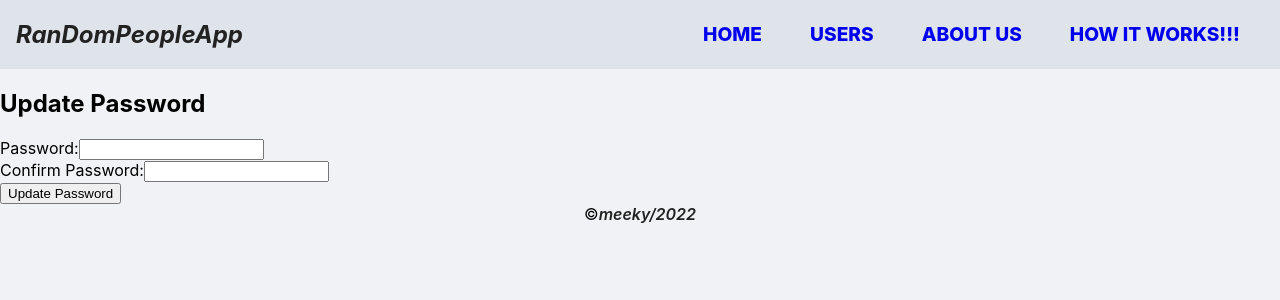
Repository: MikkyPrestige/RandomProfiles
Page: /update
An editor plug-in stored every save of this project. The page is shown before and after the next save, followed by the edit.
The browser window is 1280 px wide. The pictures show the whole page.
The page's requests for data from a server got no answer. The project was rebuilt for these pictures with package versions that can differ from the ones it lists, and the page was loaded fresh each time. Some packages were replaced by stand-ins written for this rebuild. No one was signed in, and anything a server would have sent is missing. Also part of the build but not shown: src/assets/styles/home.css, src/components/home.jsx, src/assets/styles/users.css, src/components/users.jsx, src/assets/styles/search.css, src/components/search.jsx, src/assets/styles/help.css, src/components/help.jsx and 9 more.

Above is the page before, as saved 2022-12-03 05:16:52.

### public/index.html
<!DOCTYPE html>
<html lang="en">

<head>
  <meta charset="utf-8" />
  <link rel="icon" href="%PUBLIC_URL%/favicon.ico" />
  <meta name="viewport" content="width=device-width, initial-scale=1" />
  <meta name="theme-color" content="#000000" />
  <meta name="description" content="Web site created using create-react-app" />
  <link rel="apple-touch-icon" href="%PUBLIC_URL%/logo192.png" />
  <!--
      manifest.json provides metadata used when your web app is installed on a
      user's mobile device or desktop. See https://developers.google.com/web/fundamentals/web-app-manifest/
    -->
  <link rel="manifest" href="%PUBLIC_URL%/manifest.json" />
  <!--
      Notice the use of %PUBLIC_URL% in the tags above.
      It will be replaced with the URL of the `public` folder during the build.
      Only files inside the `public` folder can be referenced from the HTML.

      Unlike "/favicon.ico" or "favicon.ico", "%PUBLIC_URL%/favicon.ico" will
      work correctly both with client-side routing and a non-root public URL.
      Learn how to configure a non-root public URL by running `npm run build`.
    -->
  <title>AltSchool Assignment 2</title>
</head>

<body>
  <noscript>You need to enable JavaScript to run this app.</noscript>
  <div id="root"></div>
  <!--
      This HTML file is a template.
      If you open it directly in the browser, you will see an empty page.

      You can add webfonts, meta tags, or analytics to this file.
      The build step will place the bundled scripts into the <body> tag.

      To begin the development, run `npm start` or `yarn start`.
      To create a production bundle, use `npm run build` or `yarn build`.
    -->
</body>

</html>

### src/index.css
body {
  margin: 0;
  font-family: -apple-system, BlinkMacSystemFont, 'Segoe UI', 'Roboto', 'Oxygen',
    'Ubuntu', 'Cantarell', 'Fira Sans', 'Droid Sans', 'Helvetica Neue',
    sans-serif;
  -webkit-font-smoothing: antialiased;
  -moz-osx-font-smoothing: grayscale;
  background-color: #f1f2f6;
}

code {
  font-family: source-code-pro, Menlo, Monaco, Consolas, 'Courier New',
    monospace;
}

### src/App.jsx
import * as React from "react";
import { ErrorBoundary } from "react-error-boundary";
import { Route, Routes } from "react-router-dom";
import {
  Layout,
  Home,
  Users,
  Search,
  Help,
  About,
  Error,
  ErrorFallBack,
  Profile,
  ProfileDisplay,
  Register,
  UpdatePassword,
  Footer,
} from "./components";

const App = () => {
  return (
    <div className="App">
      <main>
        <ErrorBoundary FallbackComponent={ErrorFallBack}>
          <Layout />
          <Routes>
            <Route path="/" element={<Home />} />
            <Route path="users">
              <Route index element={<Users />} />
              <Route path=":id" element={<Search />} />
            </Route>
            <Route path="profile" element={<Profile />} />
            <Route path="profileDisplay" element={<ProfileDisplay />} />
            <Route path="register" element={<Register />} />
            <Route path="update" element={<UpdatePassword />} />
            <Route path="help" element={<Help />} />
            <Route path="about" element={<About />} />
            <Route path="*" element={<Error />} />
          </Routes>
        </ErrorBoundary>
        <Footer />
      </main>
    </div>
  );
};

export default App;

### src/components/index.js
export { default as Layout } from "./layout";
export { default as Home } from "./home";
export { default as Users } from "./users";
export { default as Search } from "./search";
export { default as Help } from "./help";
export { default as About } from "./about";
export { default as Error } from "./error";
export { default as ErrorFallBack } from "./errorFallback";
export { default as Profile } from "./profile";
export { default as ProfileDisplay } from "./profileDisplay";
export { default as Register } from "./register";
export { default as UpdatePassword } from "./update";
export { Footer } from "./avatar";

### src/components/layout.jsx
// LAYOUT COMPONENT - This component is for the App Layout that displays the Navigation bar in the app UI to the user when app is open

import { NavLink } from "react-router-dom";
import "../assets/styles/layout.css";

const CustomNavLink = ({ to, ...props }) => {
  let activeStyle = {
    textDecoration: 'underline',
    color: 'red',
  };

  return (
    <NavLink
      style={({ isActive }) =>
        isActive ? activeStyle : { textDecoration: 'none' }
      }
      to={to}
      end
      {...props}
    />
  );
};


const Layout = () => {

  return (
    <nav className="layout">
      <div className="app-header">
        <h1>RanDomPeopleApp</h1>
      </div>
      <div className="nav__items">
        <CustomNavLink to="/" className="nav__item">Home</CustomNavLink>
        <CustomNavLink to="profile" className="nav__item">Users</CustomNavLink>
        <CustomNavLink to="about" className="nav__item">About us</CustomNavLink>
        <CustomNavLink to="help" className="nav__item">How it works!!!</CustomNavLink>
      </div>
    </nav>
  );
}

export default Layout;

### src/components/update.jsx
// update password component

import { auth, onAuthStateChanged, updatePassword } from "../config";
import { useEffect, useState } from "react";

const UpdatePassword = () => {
  const [user, setUser] = useState(null);
  const [password, setPassword] = useState("");
  const [confirmPassword, setConfirmPassword] = useState("");
  const [error, setError] = useState("");

  useEffect(() => {
    onAuthStateChanged(auth, (user) => {
      if (user) {
        setUser(user);
      } else {
        setUser(null);
      }
    });
  }, []);

  const handleUpdatePassword = (e) => {
    e.preventDefault();
    const user = auth.currentUser;
    updatePassword(user, password)
      .then(() => {
        // Password updated!
        console.log("Password updated!");
      })
      .catch((error) => {
        if (error.code === "auth/weak-password") {
          setError("Password should be at least 6 characters");
        }
        if (confirmPassword !== password) {
          setError("Passwords do not match!");
        }
        console.error(error);
      });
  };

  return (
    <div className="update__container">
      <h2 className="update__title">Update Password</h2>
      <form onSubmit={handleUpdatePassword} className="update__form">
        <div className="update__group">
          <label htmlFor="password" className="update__label">
            Password:
          </label>
          <input
            type="password"
            name="password"
            id="password"
            className="update__input"
            value={password}
            onChange={(e) => setPassword(e.target.value)}
          />
        </div>
        <div className="update__group">
          <label htmlFor="confirmPassword" className="update__label">
            Confirm Password:
          </label>
          <input
            type="password"
            name="confirmPassword"
            id="confirmPassword"
            className="update__input"
            value={confirmPassword}
            onChange={(e) => setConfirmPassword(e.target.value)}
          />
        </div>
        <div className="update__group">
          <button type="submit" className="update__button">
            Update Password
          </button>
        </div>
      </form>
      <div className="update__error">{error}</div>
    </div>
  );
}

export default UpdatePassword;

### src/components/avatar.jsx
// AVATAR COMPONENT - This component is for the Images used in the app.

import "../assets/styles/layout.css";

export const Avatar = ({ image = "", alt = "", style = {} }) => {
  return (
    <div className="avatar">
      <img src={image} alt={alt} style={style} />
    </div>
  );
};

// FOOTER COMPONENT - for the attribution

export const Footer = () => {
  return (
    <div className="attribution">
      <footer>
        &copy;
        <a
          href="https://github.com/MeekyBerry"
          target="_blank"
          rel="noreferrer"
          className="footer"
        >
          meeky/2022
        </a>
      </footer>
    </div>
  );
};

### src/assets/styles/layout.css
.layout {
  background-color: #dfe4ea;
  padding: 0rem 1rem;
  color: #222;
  display: flex;
  align-items: center;
  justify-content: space-between;
}

.app-header {
  font-style: italic;
}

.nav__items {
  display: flex;
  align-items: center;
  list-style: none;
  flex-wrap: wrap;
}

.nav__item {
  font-size: 1.2rem;
  font-weight: 800;
  padding: 1rem 1.5rem;
  text-transform: uppercase;
}

.attribution {
  text-align: center;
}

.footer {
  color: #222;
  text-decoration: none;
  cursor: pointer;
  font-style: italic;
  font-weight: 600;
}

### src/config/index.js
// Import the functions you need from the SDKs you need
import { initializeApp } from "firebase/app";
import {
  getAuth,
  signInWithRedirect,
  GoogleAuthProvider,
  getRedirectResult,
  onAuthStateChanged,
  createUserWithEmailAndPassword,
  signInWithEmailAndPassword,
  sendPasswordResetEmail,
  updatePassword,
  signOut,
  deleteUser,
} from "firebase/auth";

// web app's Firebase configuration
const firebaseConfig = {
  apiKey: "AIzaSyCfrfw6chi091bWLqJvanxAUTxgJ5XqEu0",
  authDomain: "random-people-app.firebaseapp.com",
  projectId: "random-people-app",
  storageBucket: "random-people-app.appspot.com",
  messagingSenderId: "1097586453252",
  appId: "1:1097586453252:web:4575afe7663a752ae77e51",
};

// Initialize Firebase
const app = initializeApp(firebaseConfig);
// Setup Google auth provider
const provider = new GoogleAuthProvider();

const auth = getAuth();

export {
  app,
  provider,
  auth,
  signInWithRedirect,
  getRedirectResult,
  onAuthStateChanged,
  createUserWithEmailAndPassword,
  signInWithEmailAndPassword,
  sendPasswordResetEmail,
  updatePassword,
  signOut,
  deleteUser,
};

Loaded but not shown: src/index.js (common file)

After the next save:
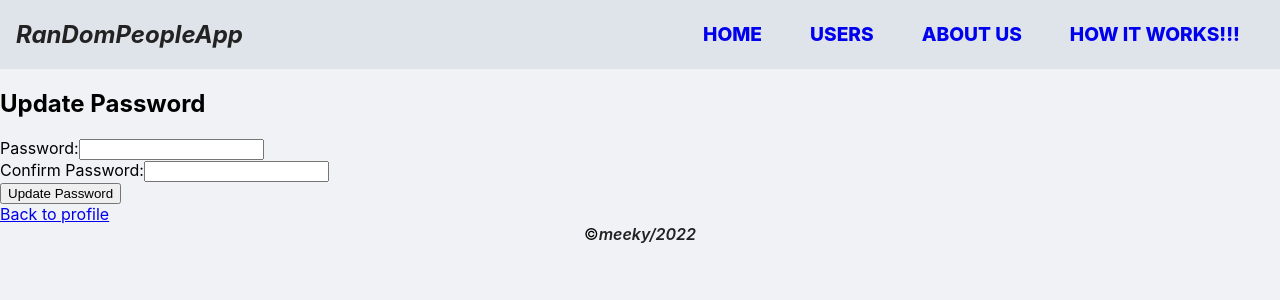
Saved 2 min 37 s later.
--- a/src/components/update.jsx
+++ b/src/components/update.jsx
@@ -2,6 +2,7 @@
 
 import { auth, onAuthStateChanged, updatePassword } from "../config";
 import { useEffect, useState } from "react";
+import { Link } from "react-router-dom";
 
 const UpdatePassword = () => {
   const [user, setUser] = useState(null);
@@ -39,6 +40,7 @@ const UpdatePassword = () => {
   };
 
   return (
+    <div>
     <div className="update__container">
       <h2 className="update__title">Update Password</h2>
       <form onSubmit={handleUpdatePassword} className="update__form">
@@ -76,6 +78,10 @@ const UpdatePassword = () => {
       </form>
       <div className="update__error">{error}</div>
     </div>
+    <Link to="profileDisplay">
+      Back to profile
+    </Link>
+    </div>
   );
 }
 
